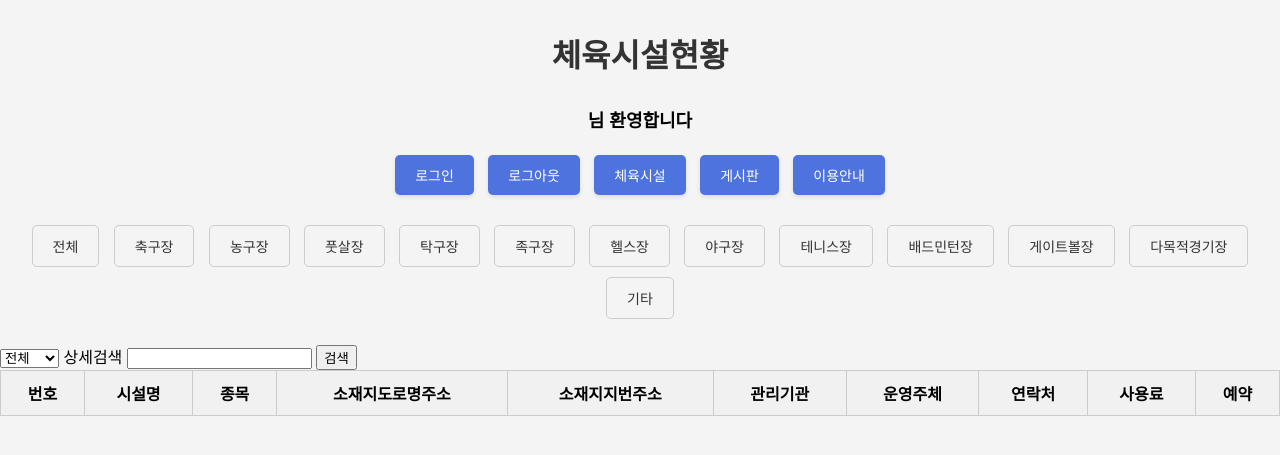
Repository: shinyunseok/portfolio1
Page: http://localhost/portfolio/WEB-INF/sport/getSportList.jsp
These files come from the project's save history. The page is drawn as it stood at one moment and after the next save; the edit follows.
The browser window is 1280 px wide. The pictures show the whole page.
The page is served by Tomcat 10. Nobody is signed in. Other server files are loaded and not shown. The template is opened directly, without the code that normally fills it, so the values that code supplies are empty.

Above is the page before, as saved 2023-05-26 02:54:18.

### portfolio/src/main/webapp/WEB-INF/sport/getSportList.jsp
<%@ page language="java" contentType="text/html; charset=UTF-8"
    pageEncoding="UTF-8"%>
<%@ taglib prefix="c" uri="http://java.sun.com/jsp/jstl/core" %>
<!DOCTYPE html>
<html>
<head>
<meta charset="UTF-8">
<style>
        /* 전체 페이지 스타일 */
        body {
            font-family: Arial, sans-serif;
            background-color: #f4f4f4;
            margin: 0;
            padding: 0;
        }

        /* 컨테이너 스타일 */
        .container {
            max-width: 800px;
            margin: 0 auto;
            padding: 20px;
        }

        /* 제목 스타일 */
        h1 {
            text-align: center;
            margin: 30px 0;
            color: #333;
        }

        /* 내비게이션 스타일 */
        .navigation {
            margin-bottom: 20px;
            text-align: center;
        }

        .navigation h3 {
            margin-top: 0;
            font-size: 18px;
        }

        .navigation a {
            display: inline-block;
            margin: 5px;
            padding: 10px 20px;
            text-decoration: none;
            color: #fff;
            background-color: #4e73df;
            border-radius: 5px;
            transition: background-color 0.3s;
            font-size: 14px;
            border: none;
            cursor: pointer;
            box-shadow: 0 2px 4px rgba(0, 0, 0, 0.1);
        }

        .navigation a:hover {
            background-color: #3756a4;
        }

        /* 검색창 스타일 */
        .search-form {
            display: flex;
            justify-content: center;
            margin-bottom: 20px;
        }

        .search-form select,
        .search-form input[type="text"] {
            padding: 10px;
            border: 1px solid #ccc;
            border-radius: 4px;
        }

        .search-form select {
            margin-right: 10px;
        }

        .search-form button[type="submit"] {
            padding: 10px 20px;
            background-color: #4e73df;
            color: #fff;
            border: none;
            border-radius: 4px;
            cursor: pointer;
        }

        .search-form button[type="submit"]:hover {
            background-color: #3756a4;
        }

        /* 테이블 스타일 */
        table {
            width: 100%;
            border-collapse: collapse;
        }

        th, td {
            padding: 10px;
            border: 1px solid #ccc;
        }

        th {
            background-color: #f1f1f1;
            text-align: center;
        }

        td {
            text-align: left;
        }

        /* selectEvent 스타일 */
        .selectEvent {
            margin-bottom: 20px;
            text-align: center;
        }

        .selectEvent a {
            display: inline-block;
            margin: 5px;
            padding: 10px 20px;
            text-decoration: none;
            color: #333;
            border: 1px solid #ccc;
            border-radius: 5px;
            transition: background-color 0.3s;
            font-size: 14px;
            cursor: pointer;
        }

        .selectEvent a:hover {
            background-color: #f1f1f1;
        }
    </style>


<title>체육시설현황</title>
</head>
<body>
	<h1>체육시설현황</h1>
	<div class="navigation">
    <h3>${user_name}님 환영합니다</h3>
    <c:if test="${empty user_id}">
        <a href="login.do">로그인</a>
    </c:if>
    <a href="logout.do">로그아웃</a>
    <!-- <a href="insertUser.do">회원가입</a> -->
    <a href="getSportList.do">체육시설</a>
    <a href="#">게시판</a>
    <a href="#">이용안내</a>
</div>
<div class="selectEvent">
	<a href="getSportList.do">전체</a>
	<a href="getSportList.do?searchKeyword=축구">축구장</a>
	<a href="getSportList.do?searchKeyword=농구">농구장</a>
	<a href="getSportList.do?searchKeyword=풋살">풋살장</a>
	<a href="getSportList.do?searchKeyword=탁구">탁구장</a>
	<a href="getSportList.do?searchKeyword=족구">족구장</a>
	<a href="getSportList.do?searchKeyword=헬스">헬스장</a>
	<a href="getSportList.do?searchKeyword=야구">야구장</a>
	<a href="getSportList.do?searchKeyword=테니스">테니스장</a>
	<a href="getSportList.do?searchKeyword=배드민턴">배드민턴장</a>
	<a href="getSportList.do?searchKeyword=게이트볼">게이트볼장</a>
	<a href="getSportList.do?searchKeyword=다목적">다목적경기장</a>
	<a href="getSportList.do?searchKeyword=기타">기타</a>
</div>
<form action="">
	<select>
		<option>전체</option>
		<option>시설명</option>
		<option>지역</option>
	</select>
	<a>상세검색</a>
	<input type="text" required="검색어를 입력하세요"> <button type="submit">검색</button>
	</form>
	<table>
		<tr>
			<th>번호</th>
			<th>시설명</th>
			<th>종목</th>
			<th>소재지도로명주소</th>
			<th>소재지지번주소</th>
			<th>관리기관</th>
			<th>운영주체</th>
			<th>연락처</th>
			<th>사용료</th>
			<th>예약</th>
		</tr>



		<c:forEach items="${sportList}" var="sport">
		<tr>
			<td>${sport.rnum }</td>
			<td>${sport.facility_name }</td>
			<td>${sport.event } </td>
			<td>${sport.road_address } </td>
			<td>${sport.landlot_address } </td>
			<td>${sport.management_agency } </td>
			<td>${sport.operating_entity } </td>
			<td>${sport.contact_number } </td>
			<td>${sport.usage_free } </td>
			<td> <a href="#"> 예약하기</a></td>
		</tr>
		</c:forEach>


	</table>

</body>
</html>

After the next save:
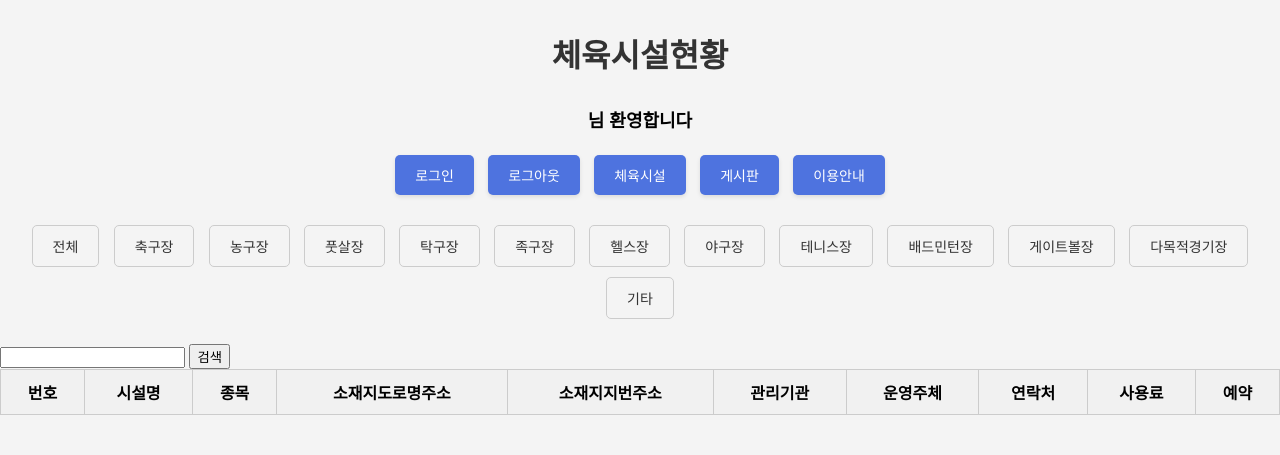
Saved 104 s later.
--- a/portfolio/src/main/webapp/WEB-INF/sport/getSportList.jsp
+++ b/portfolio/src/main/webapp/WEB-INF/sport/getSportList.jsp
@@ -165,12 +165,8 @@
 	<a href="getSportList.do?searchKeyword=기타">기타</a>
 </div>
 <form action="">
-	<select>
-		<option>전체</option>
-		<option>시설명</option>
-		<option>지역</option>
-	</select>
-	<a>상세검색</a>
+
+
 	<input type="text" required="검색어를 입력하세요"> <button type="submit">검색</button>
 	</form>
 	<table>

After the save that followed:
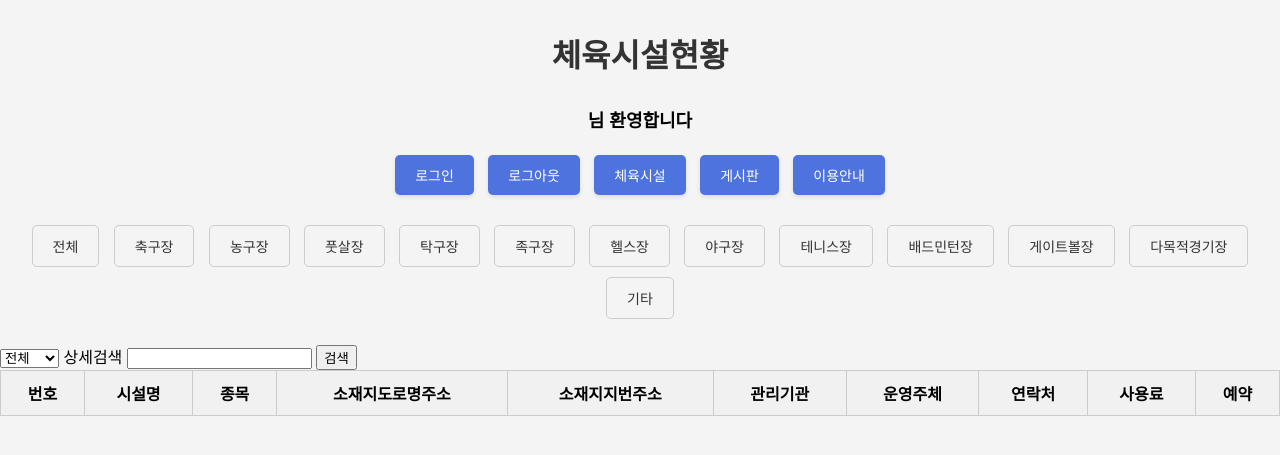
Saved 13 s later.
--- a/portfolio/src/main/webapp/WEB-INF/sport/getSportList.jsp
+++ b/portfolio/src/main/webapp/WEB-INF/sport/getSportList.jsp
@@ -165,7 +165,12 @@
 	<a href="getSportList.do?searchKeyword=기타">기타</a>
 </div>
 <form action="">
-
+	<select>
+		<option>전체</option>
+		<option>시설명</option>
+		<option>지역</option>
+	</select>
+	<a>상세검색</a>
 
 	<input type="text" required="검색어를 입력하세요"> <button type="submit">검색</button>
 	</form>
